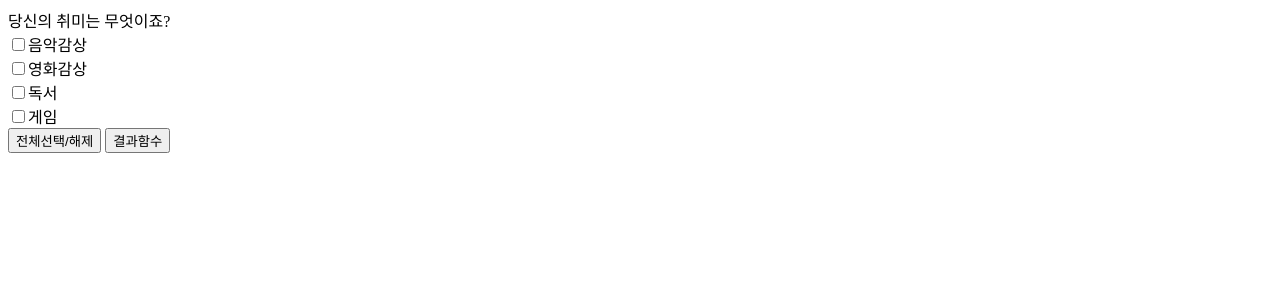
Repository: dhfkdlxm/Lecture-Web
Page: Lecture-Web/WebContent/javascript/DOM/exam10.html
These files come from the project's save history. The page is drawn as it stood at one moment and after the next save; the edit follows.
The browser window is 1280 px wide. The pictures show the whole page.
After loading, the first visible `input[onclick="toggle()"]` was clicked once.

Above is the page before, as saved 2021-06-16 04:32:37.

After the next save:
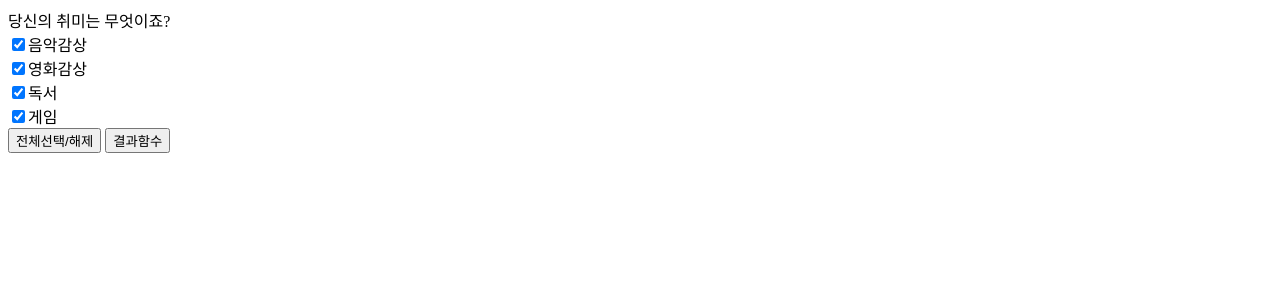
Saved 73 s later.
--- a/Lecture-Web/WebContent/javascript/DOM/exam10.html
+++ b/Lecture-Web/WebContent/javascript/DOM/exam10.html
@@ -47,7 +47,7 @@
 		if (cnt == hobby.length)
 			check = false
 
-		for (let i = 0; i < length; i++) {
+		for (let i = 0; i < hobby.length; i++) {
 			hobby[i].checked = check
 		}
 	}

After the 2 saves that followed:
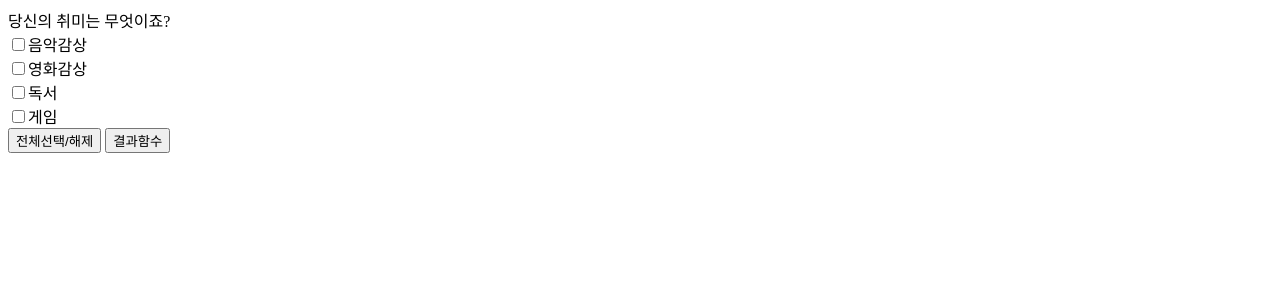
The 2 saves are shown as one change because 1 left the picture as it was.
The last was saved 7 min 25 s later.
--- a/Lecture-Web/WebContent/javascript/DOM/exam10.html
+++ b/Lecture-Web/WebContent/javascript/DOM/exam10.html
@@ -36,8 +36,24 @@
 		}
 	}
 
-	//전체 선택/ 해제
-	function toggle() {
+
+	//전체 선택/ 해제 이거 다시보기!
+	function toggle(){
+		let hobby = document.inputForm.hobby
+		let cnt = hobby.length
+		for (var i = 0; i < hobby.length && hobby[i].checked; i++) {
+
+		}
+
+
+
+	}
+
+
+
+
+
+/* 	function toggle() {
 		let check = true
 		let hobby = document.inputForm.hobby
 		let cnt = 0
@@ -50,7 +66,7 @@
 		for (let i = 0; i < hobby.length; i++) {
 			hobby[i].checked = check
 		}
-	}
+	} */
 </script>
 
 </head>
